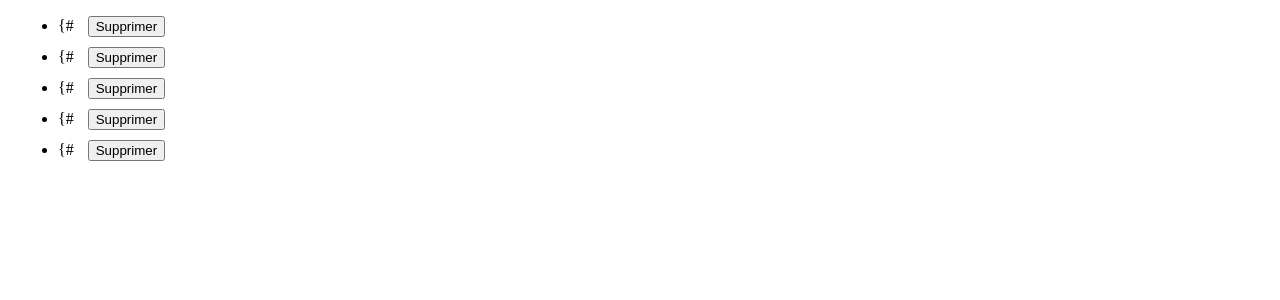
Repository: arione15/Livre_Serrion-Vue.js
Page: liste_ch3.html
The author's editor kept a copy of each file at every save. The page is drawn from the files as they stood at one save, then again after a run of saves.
The browser window is 1280 px wide. The pictures show the whole page.

Above is the page before, as saved 2021-09-07 15:48:13.

After the next 2 saves:
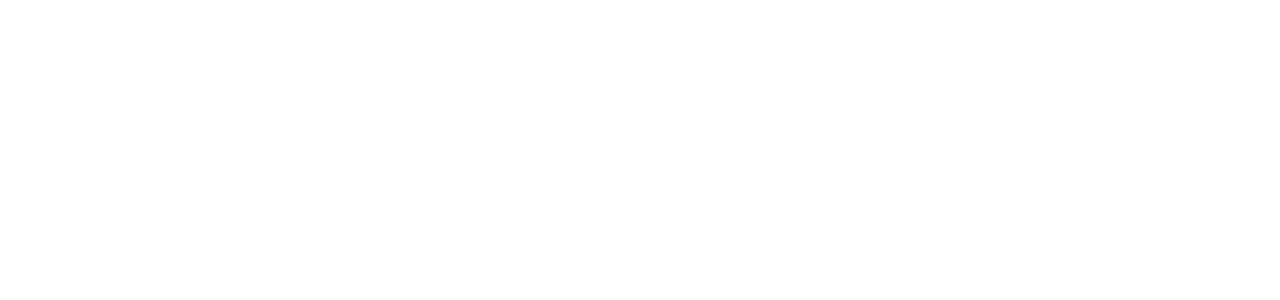
Console error (its wording comes from the project's code and is left out).
The 2 saves are shown as one change because they came seconds apart.
The last was saved 9 s later.
--- a/liste_ch3.html
+++ b/liste_ch3.html
@@ -22,7 +22,7 @@
             <div>
                 <ul>
                     <li v-for="(element, index) of elements" style="margin:10px;">
-                        {# <span v-if="!element.modifyOn" si modifyOn est true #}
+                        <span v-if="!element.modifyOn" {# si modifyOn est true #}
                             v-on:dblclick="modifier(element)"> {{ element.text }} </span>
                         <input type="text" v-else style="width:100px;"
                         v-bind:value="element.text">

After the 4 saves that followed:
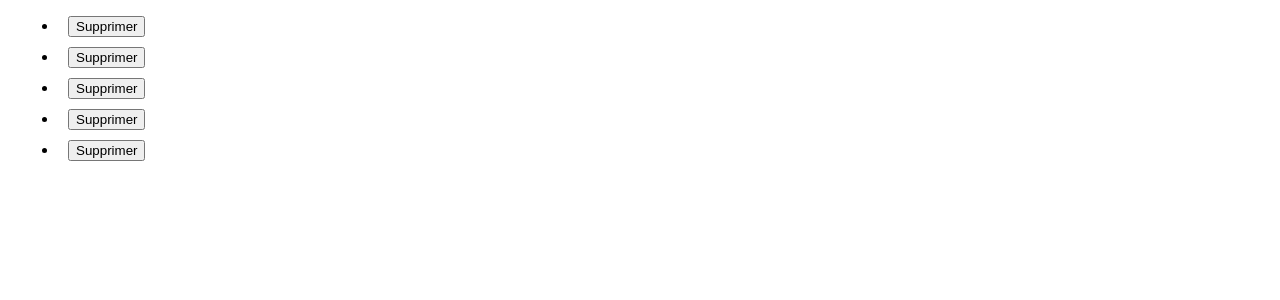
The error is gone.
The 4 saves are shown as one change because they came seconds apart.
The last was saved 17 s later.
--- a/liste_ch3.html
+++ b/liste_ch3.html
@@ -22,7 +22,7 @@
             <div>
                 <ul>
                     <li v-for="(element, index) of elements" style="margin:10px;">
-                        <span v-if="!element.modifyOn" {# si modifyOn est true #}
+                        <span v-if="!element.modifyOn" <!-- --> si modifyOn est true #}
                             v-on:dblclick="modifier(element)"> {{ element.text }} </span>
                         <input type="text" v-else style="width:100px;"
                         v-bind:value="element.text">
